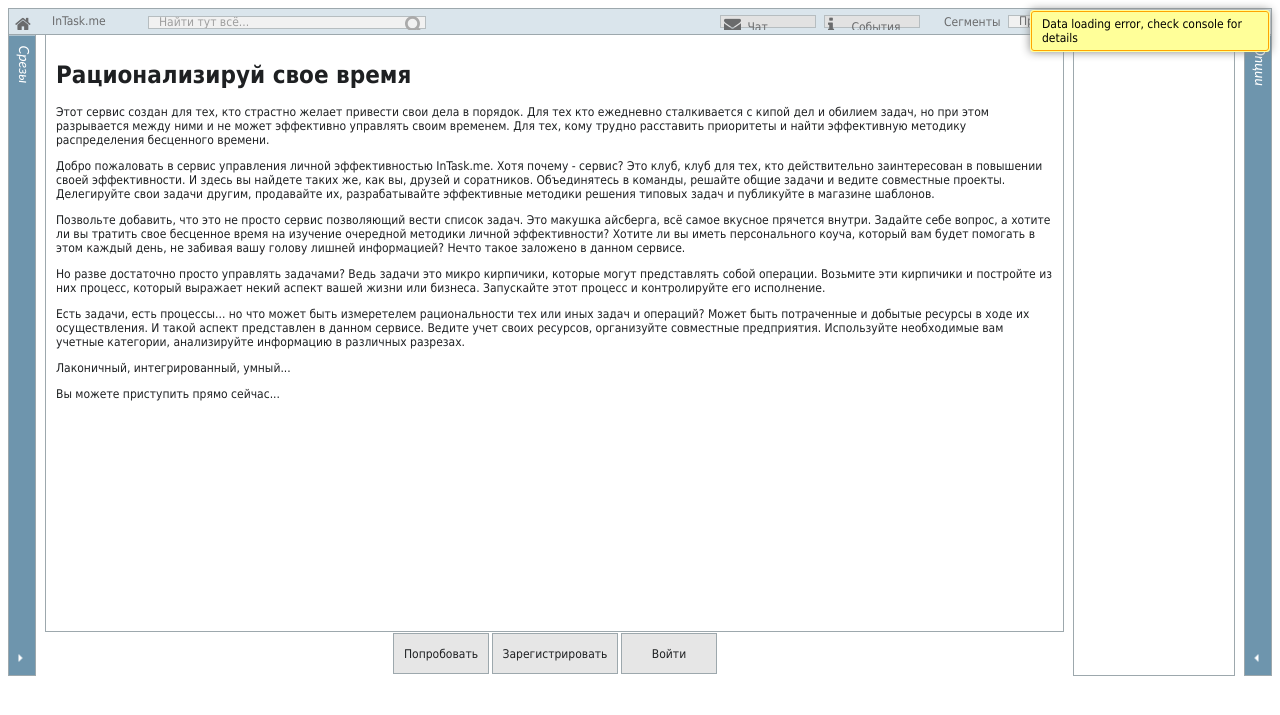
Repository: Startdoid/fnsc
Page: client/index.html
The author's editor kept a record of every edit. The page is drawn from the files as they stood at one moment, then again after the next edit.
The browser window is 1280 px wide. The pictures show the whole page.
The page's requests for data from a server got no answer.

Above is the page before.
Console error (its wording comes from the project's code and is left out).

After the next edit:
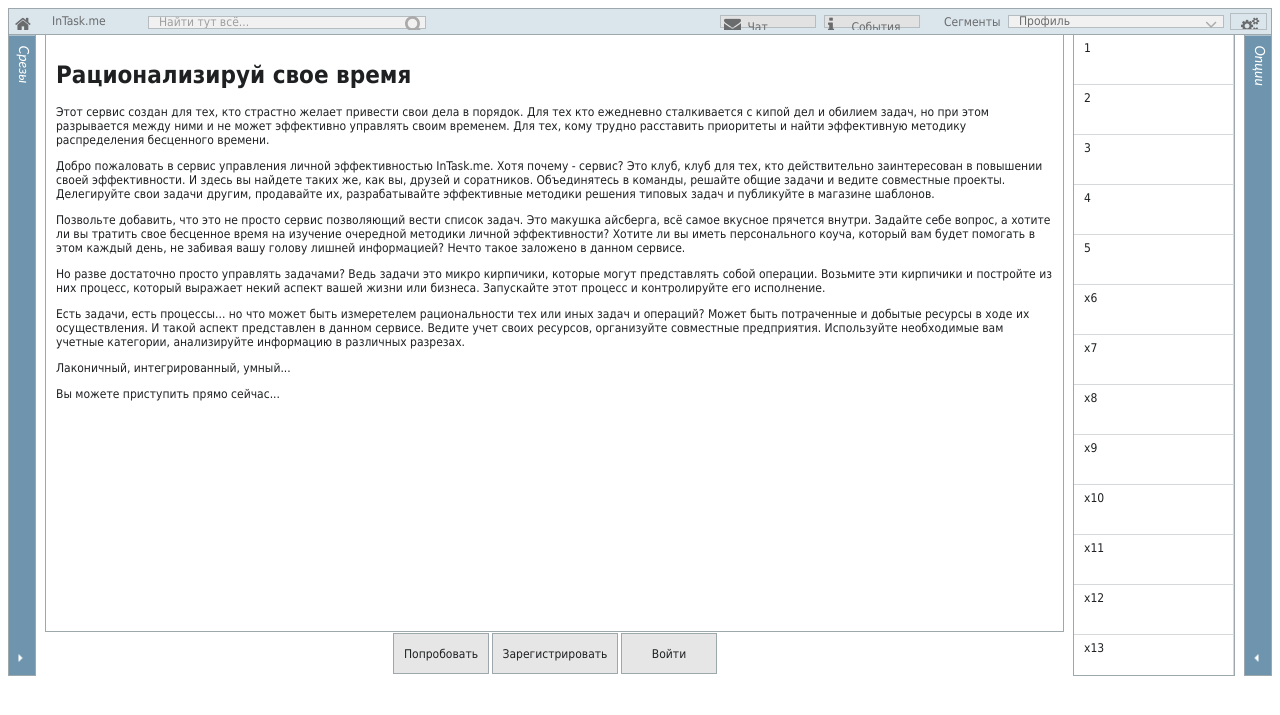
The error is gone.
The edit:
--- a/client/js/main.js
+++ b/client/js/main.js
@@ -451,7 +451,7 @@
 	select:1,
 	autowidth:true,
 	//type:{template:"{common.space()}"},
-	url:["1","2","3"]
+	url:webix.proxy.UserListData
 };
 
 
